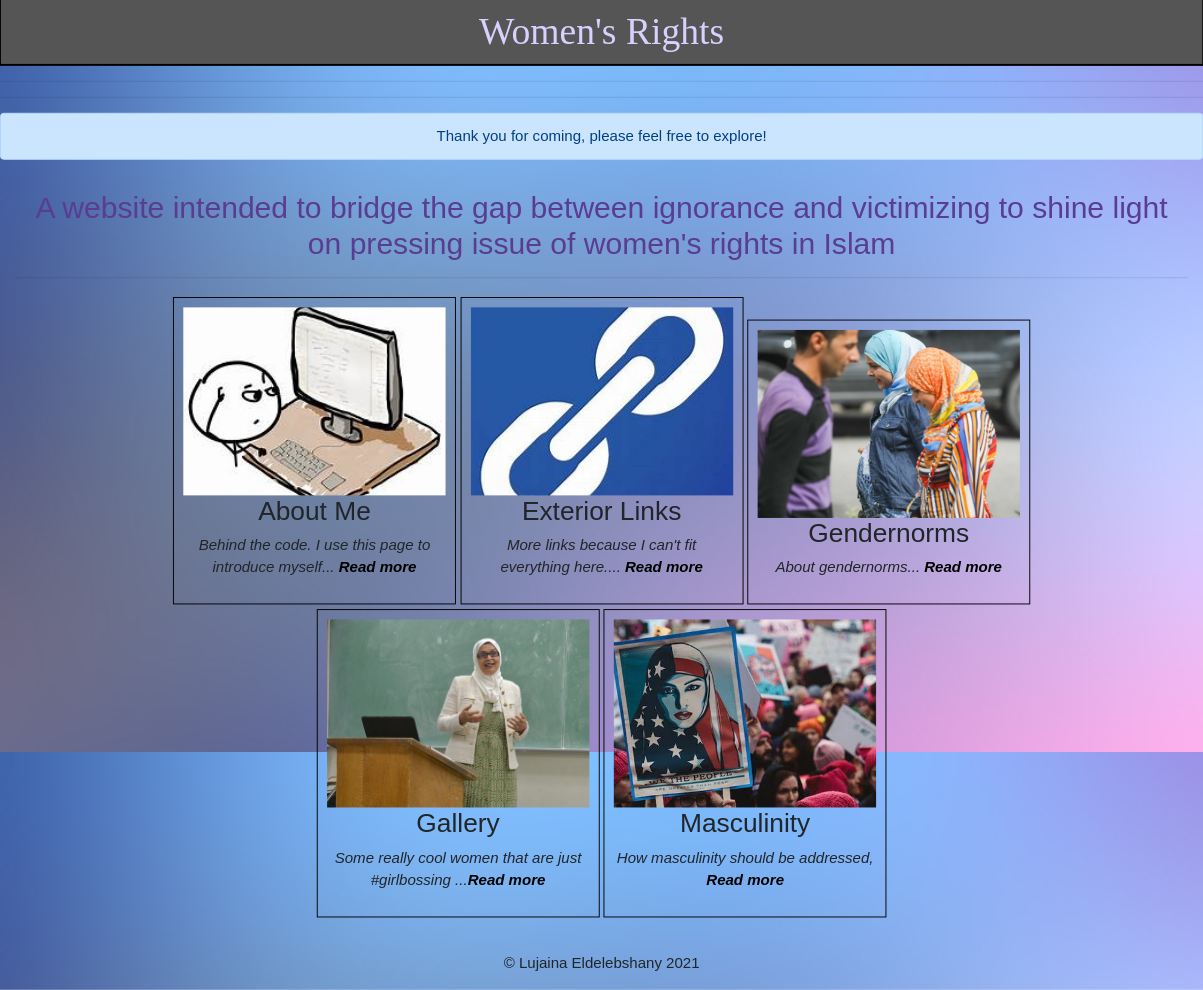
Repository: Lujaina-E/womens-rights-site
Page: index.html
These files come from the project's save history. The page is drawn as it stood at one moment and after the next save; the edit follows.
The browser window is 1280 px wide. The pictures show the whole page, at 94% of full size.
Backgrounds fixed to the window are drawn as part of the page. Some web fonts or font styles are not loaded; a fallback is used.

Above is the page before, as saved 2022-07-25 23:41:15.

### index.html
<!DOCTYPE html>
<html lang="en">
    <head>
        <link href="https://stackpath.bootstrapcdn.com/bootstrap/4.1.3/css/bootstrap.min.css" rel="stylesheet">
        <style>
        @import url('https://fonts.googleapis.com/css2?family=Akaya+Kanadaka&display=swap');
        </style>
        <link rel="stylesheet" type="text/css" href="indexStyle.css"/>
        <title>Welcome</title>
        <meta charset="UTF-8">
        <meta name="description" content="This is a scratch website used for my learning of HTML.">
        <meta name="keywords" content="html5, learn, programming">
        <meta name="author" content="Lujaina Eldelebshany">
        <meta name="viewport" content="width=device-width, initial-scale=1.0">
        <link rel="apple-touch-icon-precomposed" sizes="57x57" href="favicon/favicomatic/apple-touch-icon-57x57.png" />
        <link rel="apple-touch-icon-precomposed" sizes="114x114" href="favicon/favicomatic/apple-touch-icon-114x114.png" />
        <link rel="apple-touch-icon-precomposed" sizes="72x72" href="favicon/favicomatic/apple-touch-icon-72x72.png" />
        <link rel="apple-touch-icon-precomposed" sizes="144x144" href="favicon/favicomatic/apple-touch-icon-144x144.png" />
        <link rel="apple-touch-icon-precomposed" sizes="60x60" href="favicon/favicomatic/apple-touch-icon-60x60.png" />
        <link rel="apple-touch-icon-precomposed" sizes="120x120" href="favicon/favicomatic/apple-touch-icon-120x120.png" />
        <link rel="apple-touch-icon-precomposed" sizes="76x76" href="favicon/favicomatic/apple-touch-icon-76x76.png" />
        <link rel="apple-touch-icon-precomposed" sizes="152x152" href="favicon/favicomatic/apple-touch-icon-152x152.png" />
        <link rel="icon" type="image/png" href="favicon/favicomatic/favicon-196x196.png" sizes="196x196" />
        <link rel="icon" type="image/png" href="favicon/favicomatic/favicon-96x96.png" sizes="96x96" />
        <link rel="icon" type="image/png" href="favicon/favicomatic/favicon-32x32.png" sizes="32x32" />
        <link rel="icon" type="image/png" href="favicon/favicomatic/favicon-16x16.png" sizes="16x16" />
        <link rel="icon" type="image/png" href="favicon/favicomatic/favicon-128.png" sizes="128x128" />
        <meta name="application-name" content="Index"/>
        <meta name="msapplication-TileColor" content="#FFFFFF" />
        <meta name="msapplication-TileImage" content="favicon/favicomatic/mstile-144x144.png" />
        <meta name="msapplication-square70x70logo" content="favicon/favicomatic/mstile-70x70.png" />
        <meta name="msapplication-square150x150logo" content="favicon/favicomatic/mstile-150x150.png" />
        <meta name="msapplication-wide310x150logo" content="favicon/favicomatic/mstile-310x150.png" />
        <meta name="msapplication-square310x310logo" content="favicon/favicomatic/mstile-310x310.png" />

    </head>
    <body>

        <h1 class="header" id="site-title">Women's Rights</h1> <hr> <hr>
        <div class="alert alert-primary" role="alert">Thank you for coming, please feel free to explore!</div>
        <main class="page-content">
            <section>
             <h2> A website intended to bridge the gap between ignorance and victimizing to shine light on pressing issue of women's rights in Islam</h2><hr>

            </section>

            <section id="top-stories">
                <article>
                    <div class="article-image"style="background:url(Pictures/founder-coverpage.jfif)"> </div>
                    <h3>About Me</h3>
                    <p class="article-info"> Behind the code. I use this page to introduce myself... <a class="link" href="founder.html">Read more </a></p>
                </article>

                <article>
                    <div class="article-image"style="background:url(Pictures/links-coverpage.jpg)"> </div>
                    <h3>Exterior Links</h3>
                    <p class="article-info"> More links because I can't fit everything here.... <a class="link" href="links.html">Read more </a></p>
                </article>

                <article>
                    <div class="article-image"style="background:url(Pictures/genderNorms-coverpage.jpeg)"> </div>
                    <h3>Gendernorms</h3>
                    <p class="article-info">About gendernorms... <a class="link" href="gendernorms.html">Read more </a></p>
                </article>

                <article>
                    <div class="article-image"style="background:url(Pictures/gallery-coverpage.jpg)"> </div>
                    <h3>Gallery</h3>
                    <p class="article-info"> Some really cool women that are just #girlbossing ...<a class="link" href="gallery.html">Read more </a></p>
                </article>


                <article>
                    <div class="article-image"style="background:url(Pictures/masculinty-coverpage.jpg)"> </div>
                    <h3>Masculinity</h3>
                    <p class="article-info">How masculinity should be addressed, <a class="link" href="masculinity.html">Read more </a></p>
                </article>
            </section>
         </main>
    </body>

    <footer class="page-content">
        &copy; Lujaina Eldelebshany 2021
   </footer>

</html>

### indexStyle.css
@import url('https://fonts.googleapis.com/css2?family=Viaoda+Libre&display=swap');

body {
    text-align: center;
    background-image: url('Pictures/backdrop.jpg');
    background-repeat: no-repeat;
    background-position: center center;
    background-size: cover;
    background-attachment: fixed;
    font-family: 'Viaoda Libre', sans-serif;
    font-weight: 300 !important;
    margin: 0px;
}

#subtitle{
    color: rgb(59, 59, 59);
}
#intention{
    color: rosybrown;
}

body h2{
  color: rgb(90, 61, 145);
}

body >  footer > center{
  background:#fff;
}


.header {
  padding: 10px 16px;
  background: #555;
  color: rgb(215, 209, 255);
  border: 1px solid #000;
  border-top: none;
  border-bottom: 2px solid #000;
  margin: 0px ;
  font-family: 'Akaya Kanadaka', cursive;
}

#site-subtitle{
    color: #3b3b3b;
}

#top-stories{

  width: 1000px;
  margin: auto;
  margin-top: 20px;
}

article{
  width: 301px;
  display:inline-block;
  border: 1px solid #000;
  padding: 10px;
  margin: 0px;
  margin-bottom: 5px;
}

article:active{
  opacity: .7;
}

article:hover{
  box-shadow: 5px 5px 20px -1px rgba(0, 0, 0, 3);
}

.article-image:focus{
  border-top-left-radius: 20px;
  height: 200px;
  width: 200px;
  border-radius: 100px;
}

.article-image{
  height: 200px;
  max-width: 100%;
  background-size: cover !important;
  background-position: center !important;
}

.article-info{
  font-style: italic;
}

.page-content{
  padding: 16px;
}

a{
  color:#000;
  text-align: justify;
  text-decoration: none;
  font-weight: 700;
}

a:visited{
  font-weight: normal;
}

a:hover{
  color:rgb(51, 51, 51);
  text-decoration: none;
}

a.focus{
  text-decoration:underline overline rgb(88, 88, 90);
}

.sticky {
  position: fixed;
  top: 0;
  width: 100%
}

.sticky + .page-content {
  padding-top: 102px;
}

After the next save:
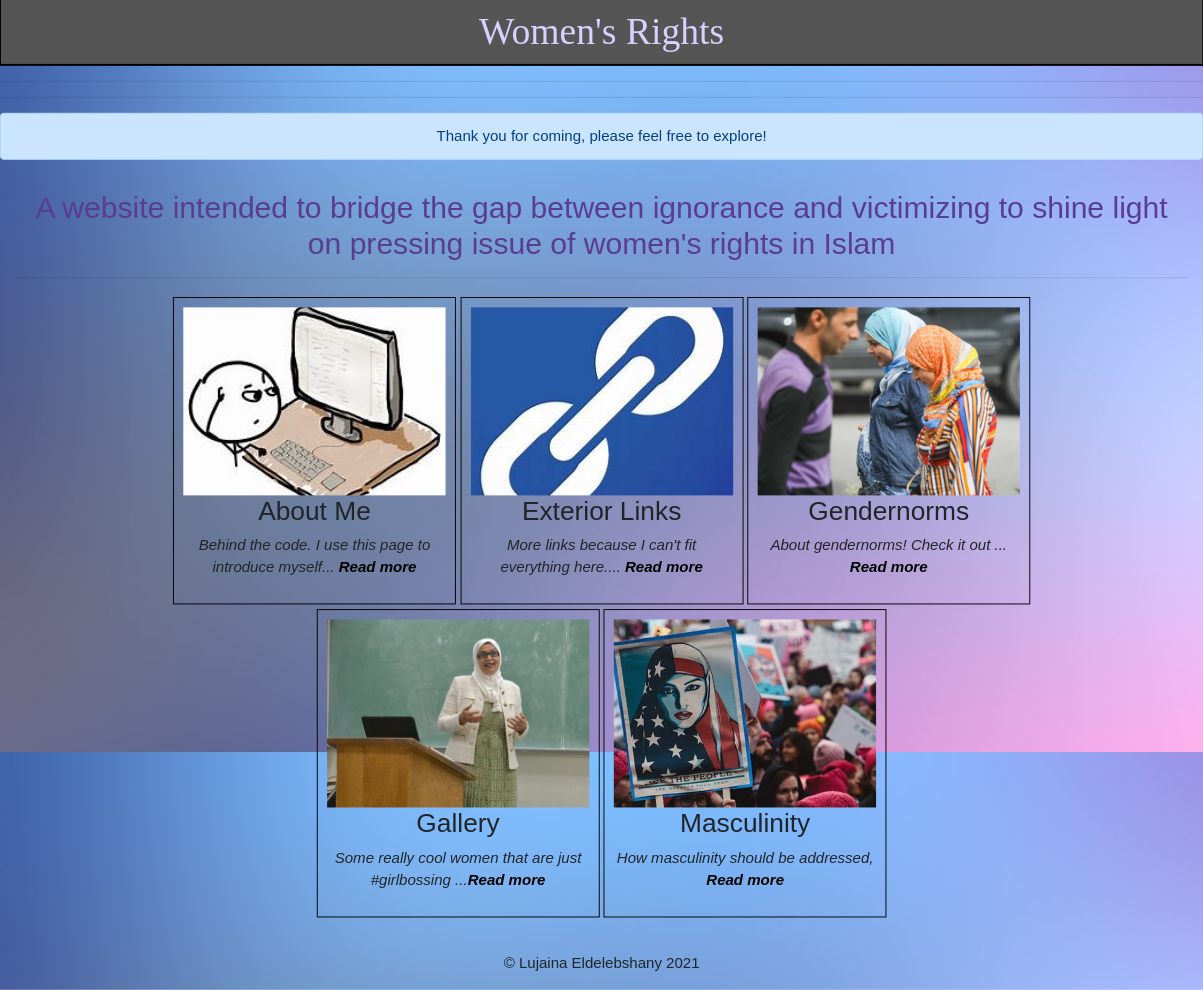
Saved 26 s later.
--- a/index.html
+++ b/index.html
@@ -60,7 +60,7 @@
                 <article>
                     <div class="article-image"style="background:url(Pictures/genderNorms-coverpage.jpeg)"> </div>
                     <h3>Gendernorms</h3>
-                    <p class="article-info">About gendernorms... <a class="link" href="gendernorms.html">Read more </a></p>
+                    <p class="article-info">About gendernorms! Check it out ... <a class="link" href="gendernorms.html">Read more </a></p>
                 </article>
 
                 <article>
